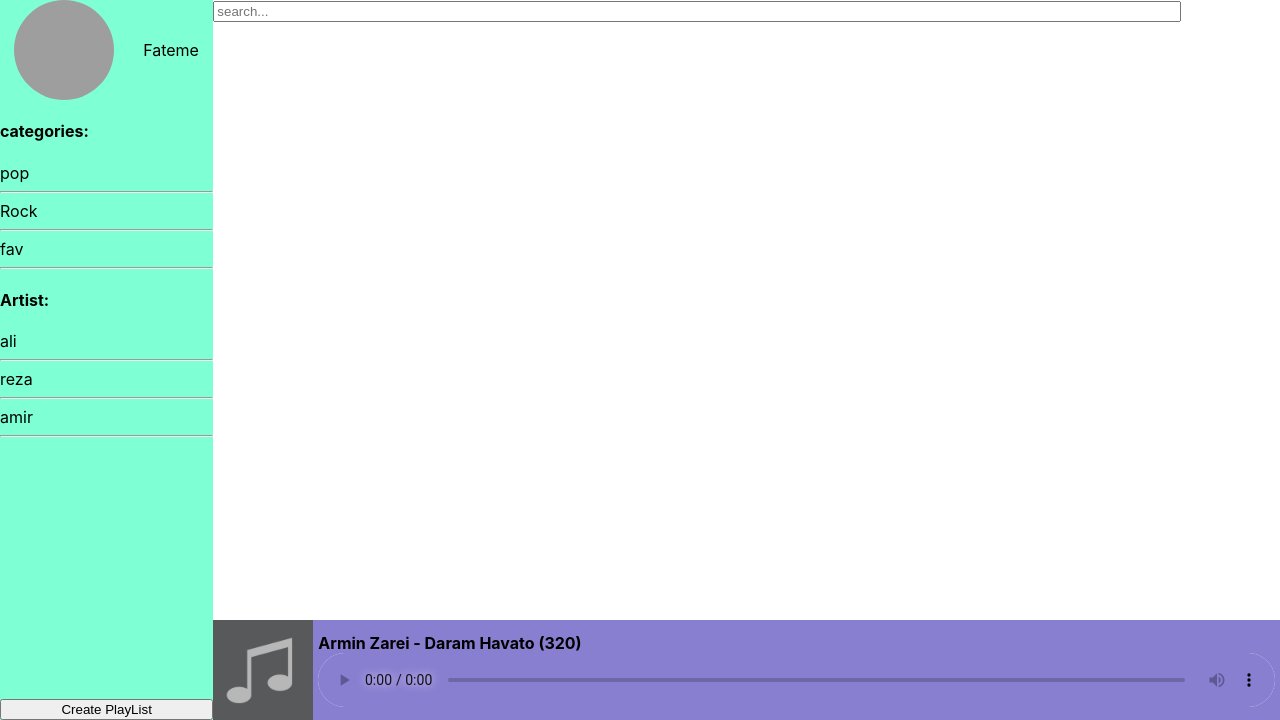
Repository: fateme81yosefi/musicPlayer
Page: /
These files come from the project's save history. The page is drawn as it stood at one moment and after the next save; the edit follows.
The browser window is 1280 px wide. The pictures show the whole page.
Pictures or frames that could not be fetched are drawn as grey boxes. The project was rebuilt for these pictures with package versions that can differ from the ones it lists, and the page was loaded fresh each time. Also part of the build but not shown: src/Data/FileUploader/FileUploader.js.

Above is the page before, as saved 2024-06-12 09:50:27.

After the next save:
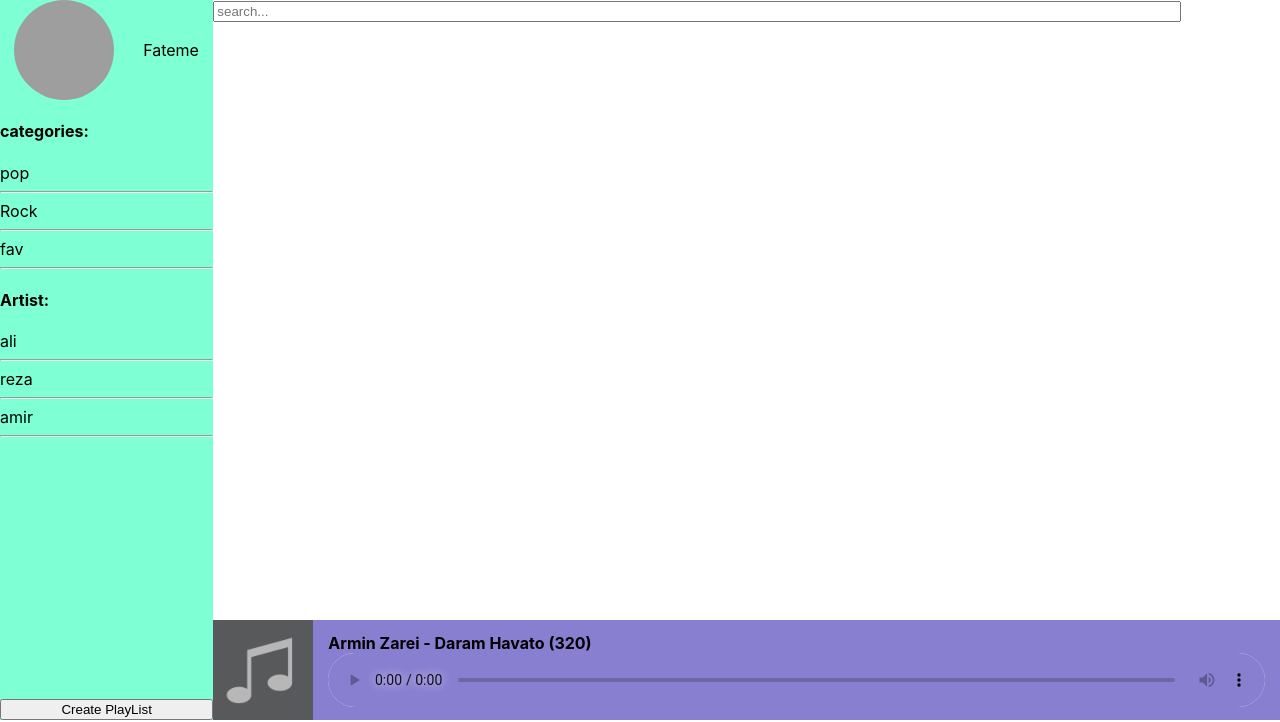
Saved 6 s later.
--- a/src/Components/MainPage/MainPage.css
+++ b/src/Components/MainPage/MainPage.css
@@ -45,7 +45,7 @@
 }
 .containName{
     width: 100%;
-    padding: 5px;
+    padding: 15px;
 }
 .musicName{
     font-weight: bold;
